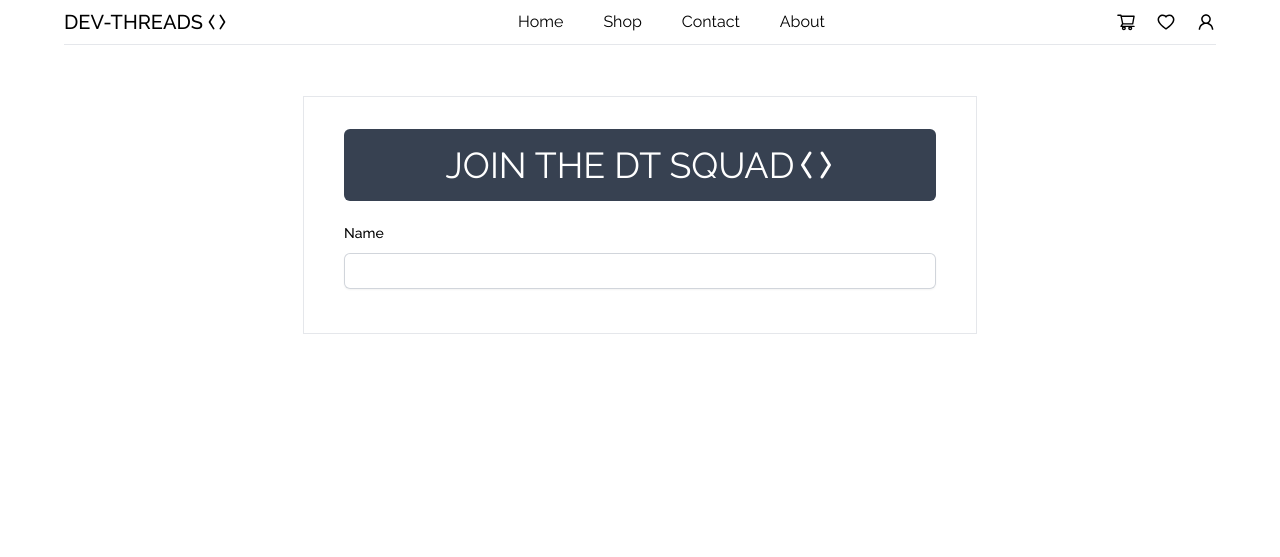
Repository: DevAntonioRogers/next14-devthreads-ecommerce
Page: /sign-up
The author's editor kept a copy of each file at every save. The page is drawn from the files as they stood at one save, then again after the next save.
The browser window is 1280 px wide. The pictures show the whole page.
The page's requests for data from a server got no answer. The project was rebuilt for these pictures with package versions that can differ from the ones it lists, and the page was loaded fresh each time. The framework's server and built-in components were replaced by stand-ins that run in the browser. No one was signed in, and anything a server would have sent is missing. Also part of the build but not shown: next.config.js.

Above is the page before, as saved 2024-01-16 10:10:29.

### app/layout.tsx
import type { Metadata } from "next";
import { Raleway } from "next/font/google";
import "./globals.css";
import Navbar from "@/components/Navbar";
import AuthContext from "@/context/AuthContext";
import getCurrentUser from "./(auth)/actions/getCurrentUser";

const raleway = Raleway({
  subsets: ["latin"],
  weight: ["200", "300", "400", "500", "600", "700", "900"],
});

export const metadata: Metadata = {
  title: "Dev-Threads",
  description: "E-commerce Website",
};

export default async function RootLayout({
  children,
}: {
  children: React.ReactNode;
}) {
  const user = await getCurrentUser();
  return (
    <html lang="en">
      <body className={raleway.className}>
        <AuthContext>
          <Navbar user={user!} />
          {children}
        </AuthContext>
      </body>
    </html>
  );
}

### app/(auth)/sign-up/page.tsx
import SignUpForm from "../components/SignUpForm";

const page = () => {
  return (
    <div className="py-5">
      <SignUpForm />
    </div>
  );
};

export default page;

### app/globals.css
@tailwind base;
@tailwind components;
@tailwind utilities;

@layer styles {
  .main-container {
    @apply w-[90%] max-w-[1400px] mx-auto;
  }
}

### components/Navbar.tsx
"use client";
import { useState } from "react";
import Link from "next/link";
import { signOut } from "next-auth/react";
import { mainLinks } from "@/constants";
import { userLinks } from "@/constants";
import { User } from "@prisma/client";

//icons
import {
  AiOutlineUser,
  AiOutlineShoppingCart,
  AiOutlineHeart,
} from "react-icons/ai";
import { FiMenu } from "react-icons/fi";
import { MdClose } from "react-icons/md";
import { TbBracketsAngle } from "react-icons/tb";

interface NavbarProps {
  user: User;
}

const Navbar: React.FC<NavbarProps> = ({ user }) => {
  const [openMobileMenu, setOpenMobileMenu] =
    useState(false);
  const [openUserMenu, setOpenUserMenu] = useState(false);

  const mobileMenuHandler = () => {
    setOpenMobileMenu(!openMobileMenu);
  };

  const userMenuHandler = () => {
    setOpenUserMenu(!openUserMenu);
  };
  return (
    <nav>
      <div className="main-container border-b border-1 flex justify-between items-center py-2 relative">
        <Link href={"/"}>
          <div className="flex gap-1 items-center text-xl font-medium text-black">
            <h1>DEV-THREADS</h1>
            <TbBracketsAngle />
          </div>
        </Link>

        <ul className="flex gap-10 max-md:hidden">
          {mainLinks.map((link) => (
            <Link href={link.route}>
              <li>{link.label}</li>
            </Link>
          ))}
        </ul>

        <div className="flex gap-5 text-xl [&>*]:cursor-pointer">
          <AiOutlineShoppingCart />
          <AiOutlineHeart />
          <div
            className="max-md:hidden"
            onClick={userMenuHandler}
          >
            <AiOutlineUser />
          </div>
          <div
            className="md:hidden"
            onClick={mobileMenuHandler}
          >
            {openMobileMenu ? <MdClose /> : <FiMenu />}
          </div>
        </div>

        {/* USER MENU */}
        {openUserMenu && (
          <div className="z-10 absolute right-0 top-[40px] w-28 bg-gray-700 shadow-md rounded-md p-4 text-white max-md:hidden text-center">
            {!user ? (
              <ul>
                <Link href={"/sign-in"}>
                  <li>Log In</li>
                </Link>
                <Link href={"/sign-up"}>
                  <li>Sign Up</li>
                </Link>
              </ul>
            ) : (
              <ul>
                {userLinks.map((link) => (
                  <Link href={link.route}>
                    <li>{link.label}</li>
                  </Link>
                ))}
                <li
                  className="cursor-pointer"
                  onClick={() => signOut()}
                >
                  Sign Out
                </li>
              </ul>
            )}
          </div>
        )}
      </div>

      {/* MOBILE MENU */}
      {openMobileMenu && (
        <div className="md:hidden">
          <div className="absolute right-5 w-48 bg-gray-700 py-5 shadow-md rounded-md p-4 text-white text-center z-[99999]">
            <ul className="flex flex-col gap-5">
              {mainLinks.map((link) => (
                <Link href={link.route}>
                  <li>{link.label}</li>
                </Link>
              ))}
              {!user ? (
                <>
                  <Link href={"/sign-in"}>
                    <li>Log In</li>
                  </Link>
                  <Link href={"/sign-up"}>
                    <li>Sign Up</li>
                  </Link>
                </>
              ) : (
                <>
                  {userLinks.map((link) => (
                    <Link href={link.route}>
                      <li>{link.label}</li>
                    </Link>
                  ))}
                  <li
                    className="cursor-pointer"
                    onClick={() => signOut()}
                  >
                    Sign Out
                  </li>
                </>
              )}
            </ul>
          </div>
        </div>
      )}
    </nav>
  );
};

export default Navbar;

### context/AuthContext.tsx
"use client";

import { SessionProvider } from "next-auth/react";

export interface AuthContextProps {
  children: React.ReactNode;
}

export default function AuthContext({
  children,
}: AuthContextProps) {
  return <SessionProvider>{children}</SessionProvider>;
}

### app/(auth)/actions/getCurrentUser.tsx
import prisma from "@/lib/prismadb";
import getUserSession from "./getUserSession";

const getCurrentUser = async () => {
  try {
    const session = await getUserSession();

    if (!session?.user?.email) {
      return null;
    }

    const currentUser = await prisma.user.findUnique({
      where: {
        email: session.user.email as string,
      },
    });

    if (!currentUser) {
      return null;
    }

    return currentUser;
  } catch (error: any) {
    return null;
  }
};

export default getCurrentUser;

### app/(auth)/components/SignUpForm.tsx
"use client";

import { TbBracketsAngle } from "react-icons/tb";
import Input from "@/components/ui/Input";
import { useState } from "react";

const SignUpForm = () => {
  const [isSubmitting, setIsSubmitting] = useState(false);
  return (
    <div className="mt-8 sm:mx-auto sm:w-full sm:max-w-2xl md:outline outline-1 outline-gray-200">
      <div className="px-4 py-8 sm:rounded-lg sm:px-10">
        <div className="md:text-4xl sm:text-2xl mb-5 uppercase w-full text-center flex items-center text-white gap-1 justify-center bg-gray-700 py-4 rounded-md">
          <h1>Join the DT Squad</h1>
          <TbBracketsAngle />
        </div>

        <form className="space-y-6 mb-3">
          <Input
            type="text"
            id="name"
            label="Name"
            disabled={isSubmitting}
          />
        </form>
      </div>
    </div>
  );
};

export default SignUpForm;

### constants/index.ts
export const mainLinks = [
  {
    route: "/",
    label: "Home",
  },
  {
    route: "/shop",
    label: "Shop",
  },
  {
    route: "/contact",
    label: "Contact",
  },
  {
    route: "/",
    label: "About",
  },
];


export const userLinks = [
  {
    route: "/dashboard",
    label: "Orders",
  },
  {
    route: "/wishlist",
    label: "Wishlist",
  },
];

### app/(auth)/actions/getUserSession.tsx
import { getServerSession } from "next-auth";
import { authOptions } from "../api/[...nextauth]/route";

export default async function getUserSession() {
  return await getServerSession(authOptions);
}

### components/ui/Input.tsx
import clsx from "clsx";

interface InputProps {
  label: string;
  id: string;
  type: string;
  disabled?: boolean;
}

const Input: React.FC<InputProps> = ({
  label,
  id,
  type,
  disabled,
}) => {
  return (
    <div>
      <label
        htmlFor={id}
        className="block text-sm font-medium leading-6"
      >
        {label}
      </label>
      <div className="mt-2">
        <input
          disabled={disabled}
          name={id}
          required
          id={id}
          type={type}
          autoComplete={id}
          className={clsx(
            `block w-full rounded-md border-0 px-1 py-1.5 text-gray-900 shadow-sm ring-1 ring-inset ring-gray-300 placeholder:text-gray-400 focus:ring-2 focus:ring-inset focus:ring-gray-500 sm:text-sm sm:leading-6`,
            disabled && "opacity-50 cursor-default"
          )}
        />
      </div>
    </div>
  );
};

export default Input;

### app/(auth)/api/[...nextauth]/route.ts
import bcrypt from "bcrypt";
import NextAuth, { AuthOptions } from "next-auth";
import CredentialsProvider from "next-auth/providers/credentials";
import { PrismaAdapter } from "@next-auth/prisma-adapter";
import prisma from "@/lib/prismadb";

export const authOptions: AuthOptions = {
  adapter: PrismaAdapter(prisma),
  providers: [
    CredentialsProvider({
      name: 'credentials',
      credentials: {
        email: { label: 'email', type: 'text' },
        password: { label: 'password', type: 'password' }
      },
      async authorize(credentials) {
        if (!credentials?.email || !credentials?.password) {
          throw new Error('Invalid credentials');
        }

        const user = await prisma.user.findUnique({
          where: {
            email: credentials.email
          }
        });

        if (!user || !user?.hashedPassword) {
          throw new Error('Invalid credentials');
        }

        const isCorrectPassword = await bcrypt.compare(
          credentials.password,
          user.hashedPassword
        );

        if (!isCorrectPassword) {
          throw new Error('Invalid credentials');
        }

        return user;
      }
    })
  ],

  pages: {
    signIn: "/sign-in",
  },

  session: {
    strategy: "jwt",
  },

  secret: process.env.NEXTAUTH_SECRET,
};

const handler = NextAuth(authOptions);

export { handler as GET, handler as POST };

Loaded but not shown: lib/prismadb.ts (common file); tailwind.config.ts (common file)

After the next save:
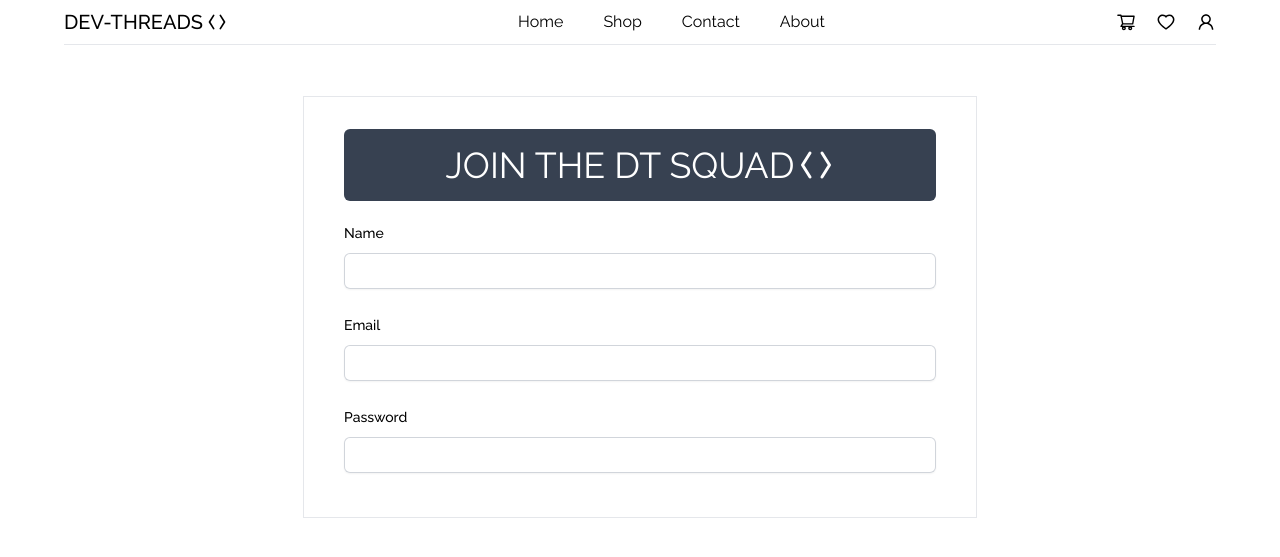
Saved 46 s later.
--- a/app/(auth)/components/SignUpForm.tsx
+++ b/app/(auth)/components/SignUpForm.tsx
@@ -21,6 +21,18 @@
             label="Name"
             disabled={isSubmitting}
           />
+          <Input
+            type="email"
+            id="email"
+            label="Email"
+            disabled={isSubmitting}
+          />
+          <Input
+            type="password"
+            id="password"
+            label="Password"
+            disabled={isSubmitting}
+          />
         </form>
       </div>
     </div>
